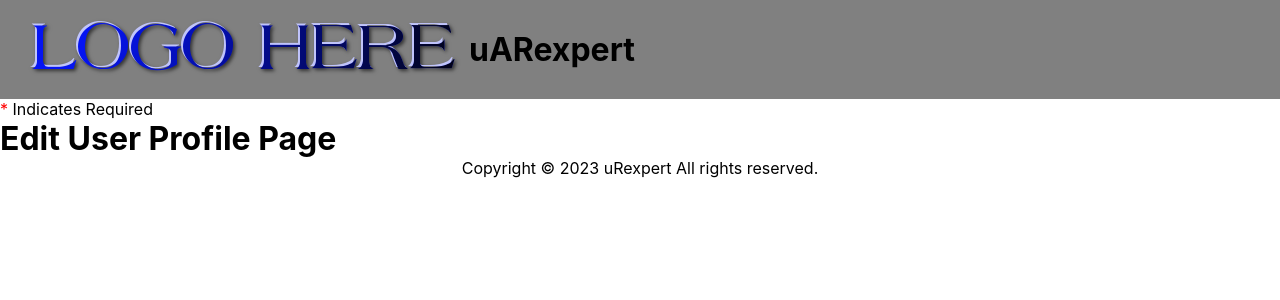
Repository: onionNguyen/Senior-Design-Project
Page: /profile/edit (app in frontend/)
An editor plug-in stored every save of this project. The page is shown before and after the next save, followed by the edit.
The browser window is 1280 px wide. The pictures show the whole page.
The page's requests for data from a server got no answer. The project was rebuilt for these pictures with package versions that can differ from the ones it lists, and the page was loaded fresh each time. No one was signed in, and anything a server would have sent is missing. Also part of the build but not shown: frontend/src/components/form/Input.js, frontend/src/components/pages/edit-user-profile/EditProfile.module.css, frontend/src/components/form/MessageRibbon.js, frontend/src/components/pages/login/Login.module.css, frontend/src/components/pages/login/Login.js, frontend/src/components/sidenav/SideNav.module.css, frontend/src/components/sidenav/SideNav.js, frontend/src/components/pages/home/Home.module.css and 7 more.

Above is the page before, as saved 2023-10-27 00:09:57.

After the next save:
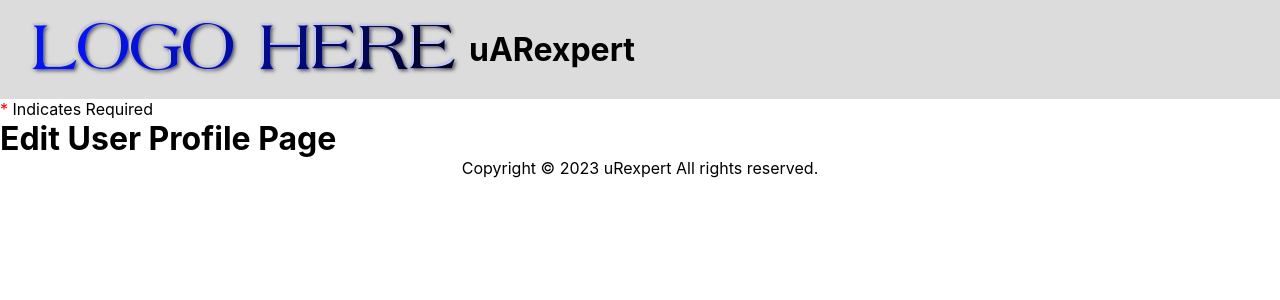
Saved 24 s later.
--- a/frontend/src/components/header/Header.module.css
+++ b/frontend/src/components/header/Header.module.css
@@ -2,7 +2,7 @@
   display: flex;
   justify-content: space-between;
   align-items: center;
-  background-color: grey; /* Assuming the grey color; you can replace with your specific shade of grey. */
+  background-color: gainsboro; /* Assuming the grey color; you can replace with your specific shade of grey. */
   padding: 10px 20px; /* You can adjust padding as needed. */
 }
 
